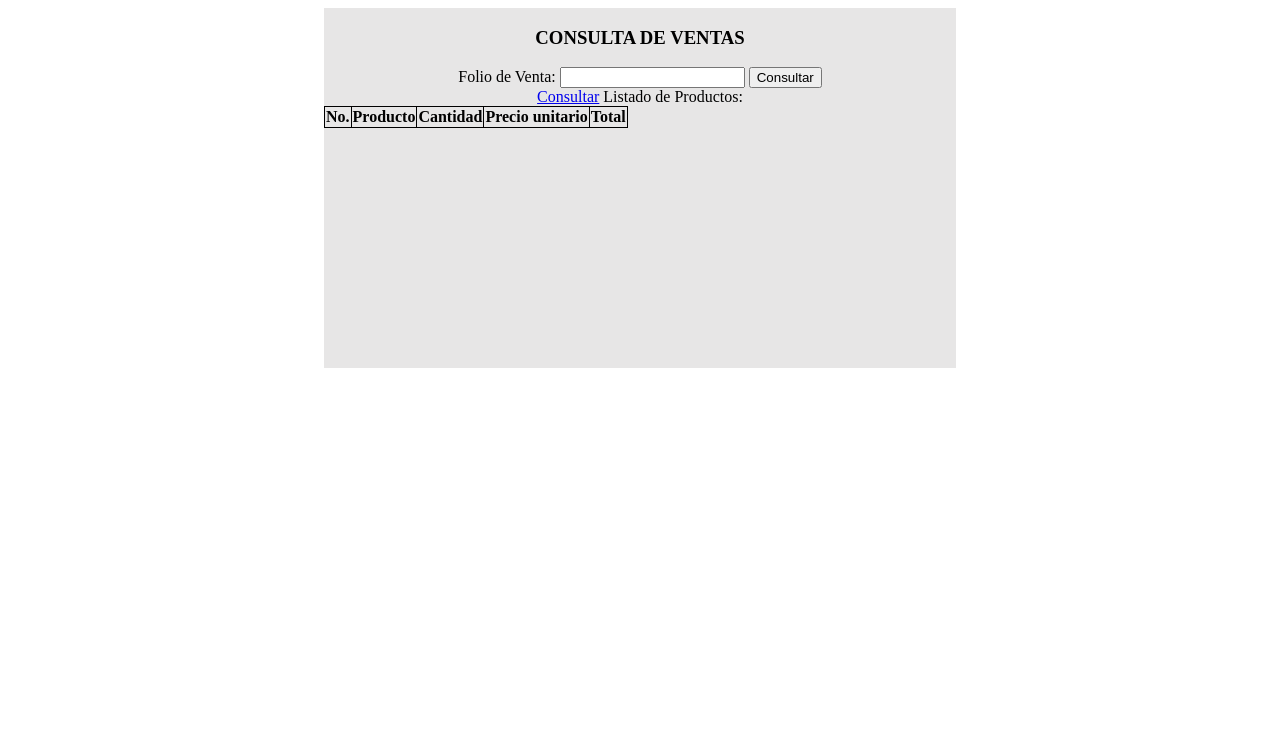
Repository: juanmondragonc/torre-project
Page: http://localhost/torre/sales
These files come from the project's save history. The page is drawn as it stood at one moment and after the next save; the edit follows.
The browser window is 1280 px wide. The pictures show the whole page.
The page is served by Tomcat 9. The session is filled in as if someone had signed in: {"username": "testuser"}. Other server files are loaded and not shown. Queries for data that is not in the repository find no rows.

Above is the page before, as saved 2022-08-10 18:20:20.

### torre/src/main/webapp/index.jsp
<%@ taglib prefix="c" uri="http://java.sun.com/jsp/jstl/core" %>
<%@ page language="java" contentType="text/html; charset=UTF-8" pageEncoding="UTF-8"%>
<%
	if(session.getAttribute("username")==null){
		response.sendRedirect("login.jsp");
	}
%>

<!DOCTYPE html>
<html>
<head>
	<link rel="stylesheet" href="css/style.css">
</head>
<body>
	<div class="container">
		<div class="center">
			<h3>CONSULTA DE VENTAS</h3>
			<form method="get" action="sales">
				<label>Folio de Venta:</label>
				<input type="text" name="invoice" id="invoice" />
				<input type="submit" value="Consultar"/>
			</form>

			<a href="sales">Consultar</a>
			<label>Listado de Productos:</label>
			<table>
			  <tr>
			    <th>No.</th>
			    <th>Producto</th>
			    <th>Cantidad</th>
			    <th>Precio unitario</th>
			    <th>Total</th>
			  </tr>
				<c:forEach var="product" items="${Products}">
					<tr>
						<td>${product.pos}</td>
						<td>${product.product}</td>
						<td>${product.quantity}</td>
						<td>${product.price}</td>
						<td>${product.quantity}</td>
					</tr>
			  	</c:forEach>
			</table>
		</div>
	</div>
</body>
</html>

### torre/src/main/java/com/torre/sales/SalesServlet.java
package com.torre.sales;

import java.io.IOException;
import java.sql.Connection;
import java.sql.DriverManager;
import java.sql.PreparedStatement;
import java.sql.ResultSet;
import java.util.ArrayList;
import java.util.List;

import javax.servlet.ServletException;
import javax.servlet.annotation.WebServlet;
import javax.servlet.http.HttpServlet;
import javax.servlet.http.HttpServletRequest;
import javax.servlet.http.HttpServletResponse;

import com.torre.model.Invoice;

@WebServlet("/sales")
public class SalesServlet extends HttpServlet {
	private static final long serialVersionUID = 1L;

    /**
     * @see HttpServlet#HttpServlet()
     */
    public SalesServlet() {
        super();
        // TODO Auto-generated constructor stub
    }

	/**
	 * @see HttpServlet#doGet(HttpServletRequest request, HttpServletResponse response)
	 */
	protected void doGet(HttpServletRequest request, HttpServletResponse response) throws ServletException, IOException {
		String invoice = request.getParameter("invoice");
		try {
			Class.forName("com.mysql.cj.jdbc.Driver");
			Connection conn = DriverManager.getConnection("jdbc:mysql://localhost:3306/torre_project","root","");
			PreparedStatement query = conn.prepareStatement("SELECT * FROM tb_sales WHERE invoice = ?");
			query.setString(1, invoice);
			ResultSet result = query.executeQuery();
			List<Invoice> list = new ArrayList<>();
			int pos = 1;
			while (result.next()) {
				Invoice inv = new Invoice();
				inv.setId(result.getInt(1));
				inv.setPos(pos++);
				inv.setInvoice(result.getInt(2));
				inv.setProduct(result.getString(3));
				inv.setQuantity(result.getInt(4));
				inv.setPrice(result.getFloat(5));
				list.add(inv);
			}
			request.setAttribute("Products", list);
			request.getRequestDispatcher("index.jsp").forward(request, response);

		}catch (Exception e){
			e.printStackTrace();
		}
	}

	/**
	 * @see HttpServlet#doPost(HttpServletRequest request, HttpServletResponse response)
	 */
	protected void doPost(HttpServletRequest request, HttpServletResponse response) throws ServletException, IOException {
		// TODO Auto-generated method stub
		doGet(request, response);
	}

}

### torre/src/main/webapp/css/style.css
 .container {
 	height: 100vh;
 	width: auto;
 	justify-content: center;
 	display: flex;
 }
 .center{
	align-items: center;
	text-align: center;
	width: 50%;
	height:50%;
	background-color: #e7e6e6;
 }
 table, th, td {
  border: 1px solid black;
  border-collapse: collapse;
}

After the next save:
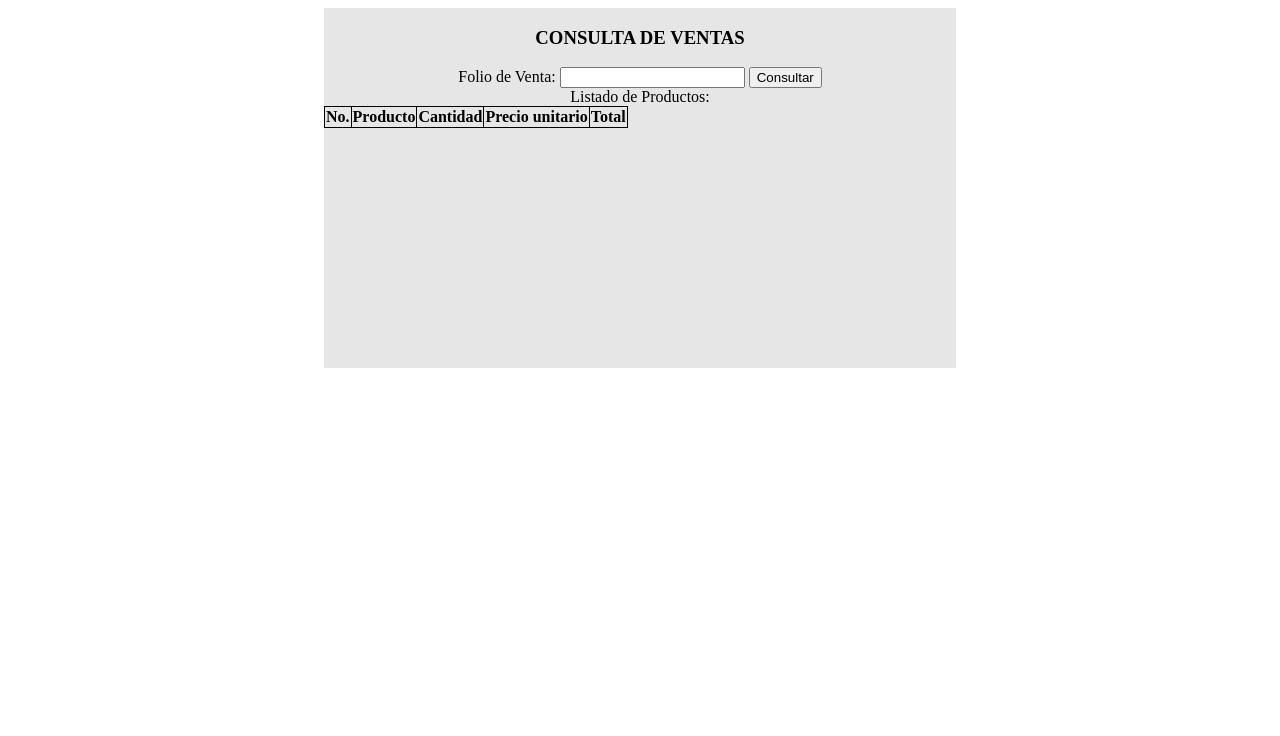
Saved 29 s later.
--- a/torre/src/main/webapp/index.jsp
+++ b/torre/src/main/webapp/index.jsp
@@ -20,8 +20,6 @@
 				<input type="text" name="invoice" id="invoice" />
 				<input type="submit" value="Consultar"/>
 			</form>
-
-			<a href="sales">Consultar</a>
 			<label>Listado de Productos:</label>
 			<table>
 			  <tr>
